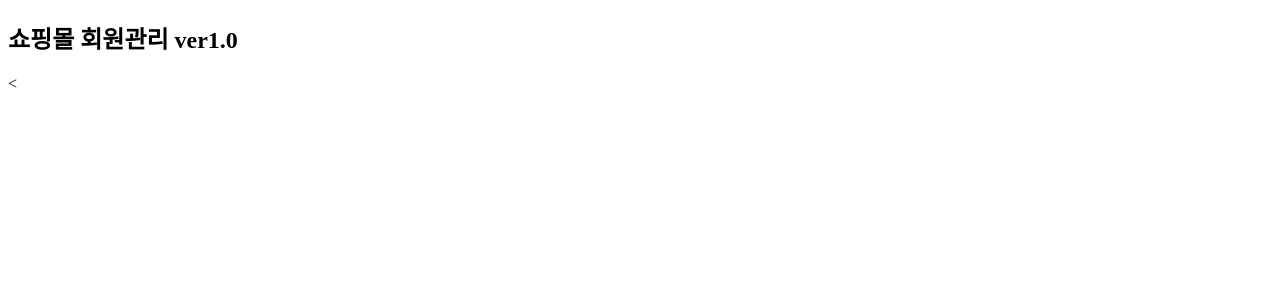
Repository: brightjy/Today-what-I-practiced
Page: http://localhost/HRD_0514/
These files come from the project's save history. The page is drawn as it stood at one moment and after the next save; the edit follows.
The browser window is 1280 px wide. The pictures show the whole page.
The page is served by Tomcat 9. Other server files are loaded and not shown.

Above is the page before, as saved 2020-05-14 12:06:57.

### hrdkorea_0514/HRD_0514/WebContent/index.jsp
<%@ page language="java" contentType="text/html; charset=UTF-8"
    pageEncoding="UTF-8"%>

<!DOCTYPE html>
<html>
<head>
<meta charset="UTF-8">
<title>Insert title here</title>
</head>
<body>
	<jsp:forward page="view/main.jsp"></jsp:forward>
</body>
</html>

### hrdkorea_0514/HRD_0514/WebContent/view/main.jsp
<%@ page language="java" contentType="text/html; charset=UTF-8"
    pageEncoding="UTF-8"%>
<!DOCTYPE html>
<html>
<head>
<meta charset="UTF-8">
<title>Insert title here</title>
</head>
<body>
<jsp:include page="header.jsp"></jsp:include>
<section>

</section>
<jsp:include page="footer.jsp"></jsp:include>
</body>
</html>

### hrdkorea_0514/HRD_0514/WebContent/view/header.jsp
<%@ page language="java" contentType="text/html; charset=UTF-8"
    pageEncoding="UTF-8"%>
<% String conPath = request.getContextPath(); %>
<!DOCTYPE html>
<html>
<head>
<meta charset="UTF-8">
<title>Insert title here</title>
</head>
<body>
<header>
<h2>쇼핑몰 회원관리 ver1.0</h2>
<
</header>
</body>
</html>

Loaded but not shown: hrdkorea_0514/HRD_0514/WebContent/view/footer.jsp (common file)

After the next save:
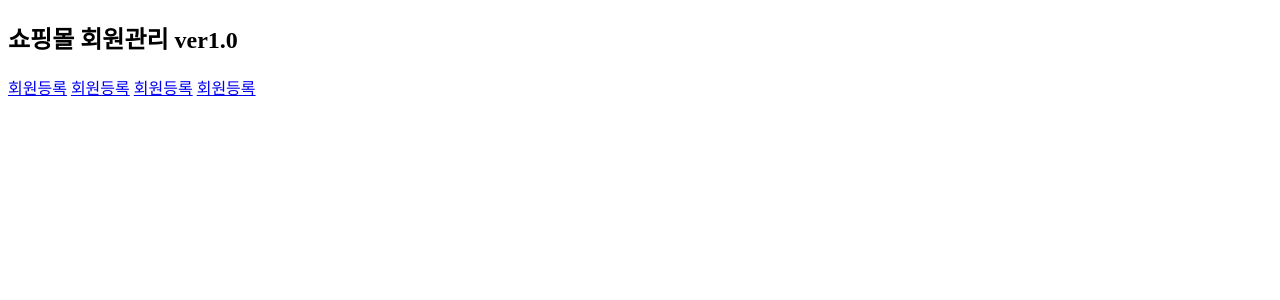
Saved 58 s later.
--- a/hrdkorea_0514/HRD_0514/WebContent/view/header.jsp
+++ b/hrdkorea_0514/HRD_0514/WebContent/view/header.jsp
@@ -10,7 +10,12 @@
 <body>
 <header>
 <h2>쇼핑몰 회원관리 ver1.0</h2>
-<
+<nav>
+	<a href="<%=conPath %>/view/registerMemberView.jsp">회원등록</a>
+	<a href="<%=conPath %>/view/memberList.jsp">회원등록</a>
+	<a href="<%=conPath %>/view/registerMemberView.jsp">회원등록</a>
+	<a href="<%=conPath %>/view/registerMemberView.jsp">회원등록</a>
+</nav>
 </header>
 </body>
 </html>
